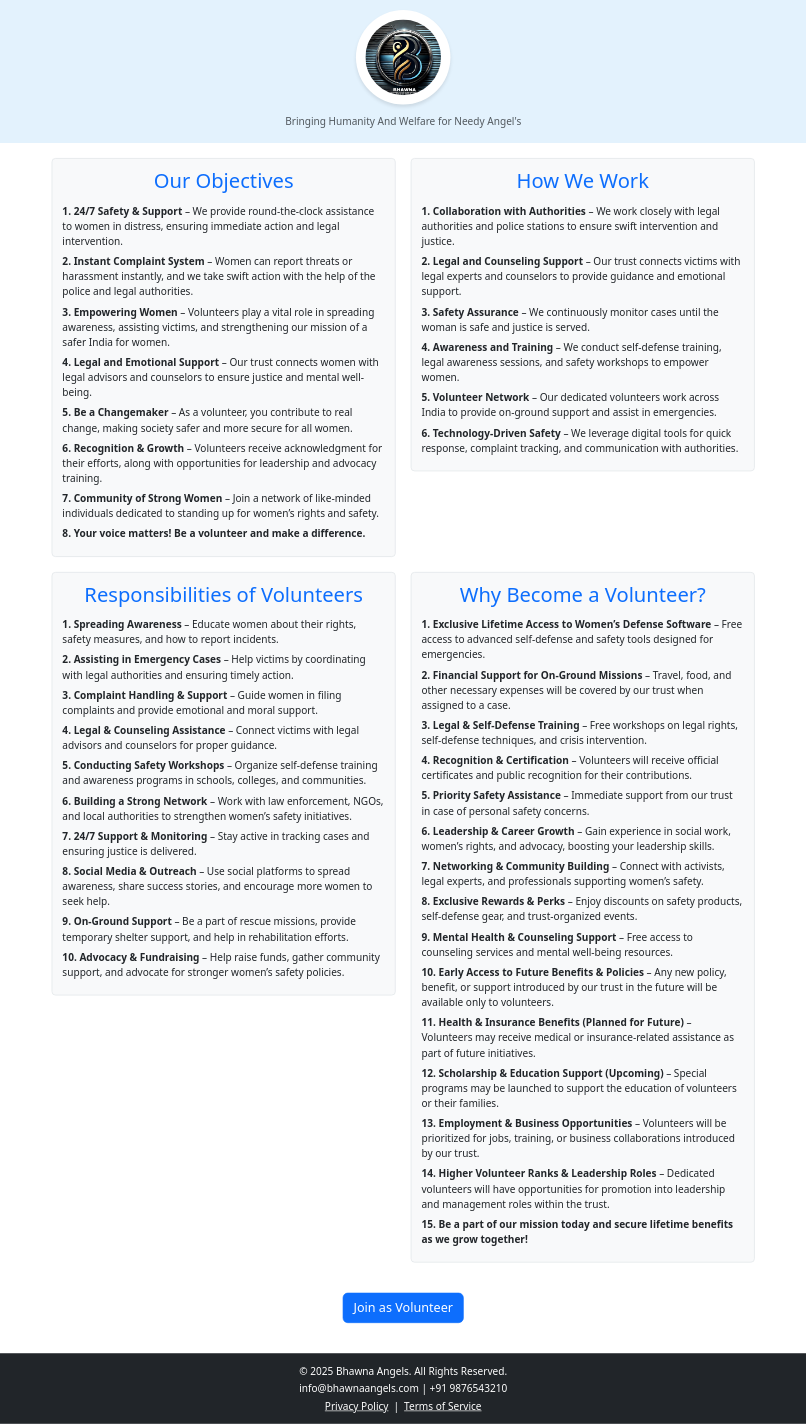
Repository: cloudwithbhawna/trust
Page: / (app in react/)
These files come from the project's save history. The page is drawn as it stood at one moment and after the next save; the edit follows.
The browser window is 1280 px wide. The pictures show the whole page, at 63% of full size.
The project was rebuilt for these pictures with package versions that can differ from the ones it lists, and the page was loaded fresh each time. Also part of the build but not shown: react/vite.config.js, react/src/index.css, react/src/pages/RegistrationPage.jsx.

Above is the page before, as saved 2025-03-08 23:06:59.

After the next save:
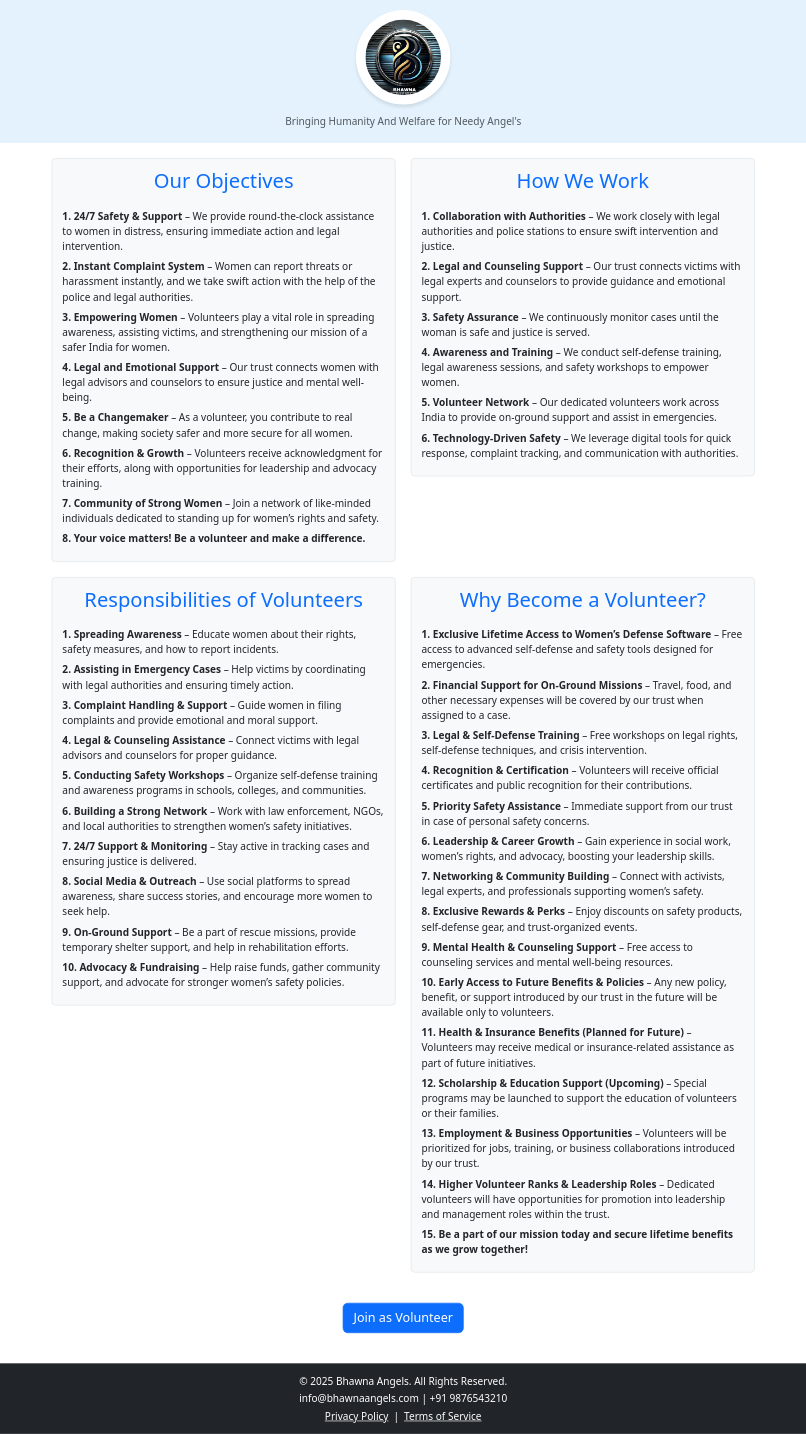
Saved 2 min 16 s later.
--- a/react/src/pages/HomePage.jsx
+++ b/react/src/pages/HomePage.jsx
@@ -76,19 +76,19 @@ const HomePage = () => {
       <div className="row">
         <div className="col-md-6 mb-4">
           <section className="p-3 border rounded bg-light">
-            <h2 className="text-primary text-center mb-3">Our Objectives</h2>
+            <h2 className="text-primary text-center mb-4">Our Objectives</h2>
             {formatWithNumbers(content.objectives)}
           </section>
         </div>
         <div className="col-md-6 mb-4">
           <section className="p-3 border rounded bg-light">
-            <h2 className="text-primary text-center mb-3">How We Work</h2>
+            <h2 className="text-primary text-center mb-4">How We Work</h2>
             {formatWithNumbers(content.how_we_work)}
           </section>
         </div>
         <div className="col-md-6 mb-4">
           <section className="p-3 border rounded bg-light">
-            <h2 className="text-primary text-center mb-3">
+            <h2 className="text-primary text-center mb-4">
               Responsibilities of Volunteers
             </h2>
             {formatWithNumbers(content.responsibilities)}
@@ -96,7 +96,7 @@ const HomePage = () => {
         </div>
         <div className="col-md-6 mb-4">
           <section className="p-3 border rounded bg-light">
-            <h2 className="text-primary text-center mb-3">
+            <h2 className="text-primary text-center mb-4">
               Why Become a Volunteer?
             </h2>
             {formatWithNumbers(content.why_volunteer)}
